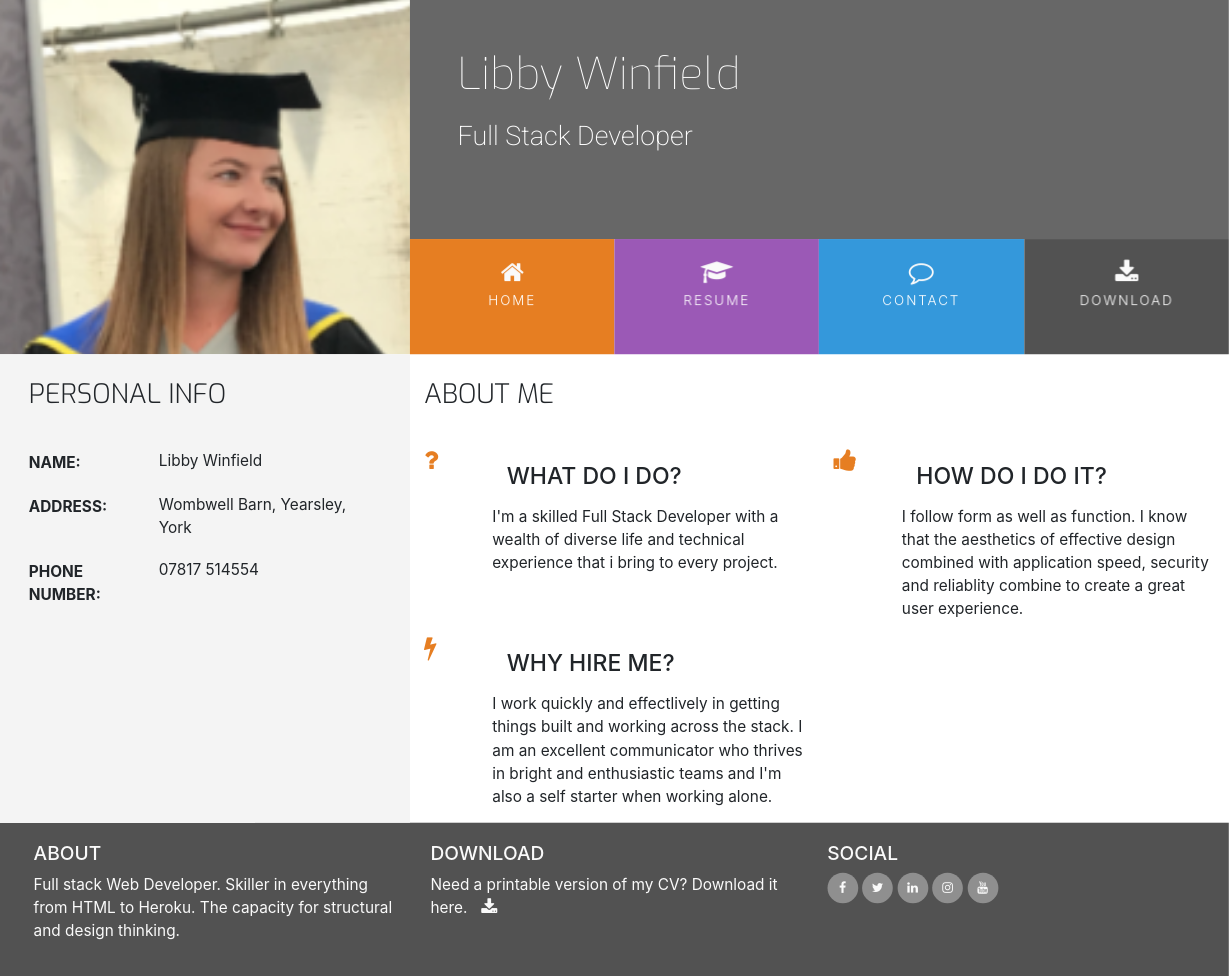
Repository: LibbyWin/CV
Page: index.html
The author's editor kept a record of every edit. The page is drawn from the files as they stood at one moment, then again after the next edit.
The browser window is 1280 px wide. The pictures show the whole page, at 96% of full size.

Above is the page before.

### index.html
<!DOCTYPE html>
<html lang="en">

<head>
    <meta charset="UTF-8">
    <meta name="viewport" content="width=device-width, initial-scale=1.0">
    <meta http-equiv="X-UA-Compatible" content="ie=edge">
    <link rel="stylesheet" href="https://stackpath.bootstrapcdn.com/bootstrap/4.3.1/css/bootstrap.min.css" type="text/css" />
    <link rel="stylesheet" href="https://stackpath.bootstrapcdn.com/font-awesome/4.7.0/css/font-awesome.min.css" type="text/css" />
    <link rel="stylesheet" href="https://cdnjs.cloudflare.com/ajax/libs/hover.css/2.3.1/css/hover-min.css" type="text/css" />
    <link rel="stylesheet" href="assets/css/style.css" type="text/css" />
    <title>Libby Winfield</title>
    <style>
        @import url('https://fonts.googleapis.com/css?family=Exo&display=swap');
    </style>
</head>

<body>
    <header>
        <div class="row no-gutters">
            <a href="index.html" class="col-md-4 logo">

            </a>
            <div class="col-md-8">
                <div class="row no-gutters bg-color-name-title">
                    <div class="col heading">
                        <h1 class="name">Libby Winfield</h1>
                        <h2 class="title">Full Stack Developer</h2>

                    </div>
                </div>
                <div class="row no-gutters">
                    <div class="col">
                        <ul id="nav" class="list-inline menucontainer">
                            <li class="col-6 col-sm-3 ui-menu-color-home list-inline-item menuitem">
                                <a href="#" class="hvr-sweep-to-bottom"><i class="fa fa-home" aria-hidden_"true"></i><span>Home</span></a>
                            </li>
                            <li class="col-6 col-sm-3 ui-menu-color-resume list-inline-item menuitem">
                                <a href="#" class="hvr-sweep-to-bottom"><i class="fa fa-graduation-cap" aria-hidden="true"></i><span>Resume</span></a>
                            </li>
                            <li class="col-6 col-sm-3 ui-menu-color-contact list-inline-item menuitem">
                                <a href="#" class="hvr-sweep-to-bottom"><i class="fa fa-comment-o" aria-hidden="true"></i><span>Contact</span></a>
                            </li>
                            <li class="col-6 col-sm-3 ui-menu-color-download list-inline-item menuitem">
                                <a href="#" class="hvr-sweep-to-bottom"><i class="fa fa-download" aria-hidden="true"></i><span>Download</span></a>
                            </li>
                        </ul>
                    </div>
                </div>
            </div>
        </div>
    </header>
    <section class="container-fluid">
        <div class="row">
            <div class="col-md-4 bg-color-personal-info section-column">
                <div class="row">
                    <div class="col-12">
                        <h3 class="section-heading uppercase">
                            Personal Info
                        </h3>
                    </div>
                </div>
                <div class="personal-info-item">
                    <div class="key">
                        <p class="uppercase">
                            Name:
                        </p>
                    </div>
                    <div class="value">
                        <p>
                            Libby Winfield
                        </p>
                    </div>
                </div>

                <div class="personal-info-item">
                    <div class="key">
                        <p class="uppercase">
                            Address:
                        </p>
                    </div>
                    <div class="value">
                        <p>
                            Wombwell Barn, Yearsley, York
                        </p>
                    </div>
                </div>
                <div class="personal-info-item">
                    <div class="key">
                        <p class="uppercase">
                            Phone Number:
                        </p>
                    </div>
                    <div class="value">
                        <p>
                            07817 514554
                        </p>
                    </div>
                </div>
            </div>
            <div class="col-md-8 bg-color-three-reasins">
                <div class="row">
                    <div class="col">
                        <h3 class="section-heading uppercase">About Me</h3>
                    </div>
                </div>
                <div class="row">
                    <div class="col-10 offset-1 offset-sm-0 col-sm-4 col-md-6">
                        <div class="row">
                            <div class="col-2">
                                <i class="three-reasons-icon fa fa-question" aria-hidden="true"></i>
                            </div>
                            <div class="col-10">
                                <h4 class="three-reasons-heading uppercase">What Do I Do?</h4>
                                <p>I'm a skilled Full Stack Developer with a wealth of diverse life and technical experience that i bring to every project.</p>
                            </div>
                        </div>
                    </div>
                    <div class="col-10 offset-1 offset-sm-0 col-sm-4 col-md-6">
                        <div class="row">
                            <div class="col-2">
                                <i class="three-reasons-icon fa fa-thumbs-up" aria-hidden="true"></i>
                            </div>
                            <div class="col-10">
                                <h4 class="three-reasons-heading uppercase">How Do I DO It?</h4>
                                <p>I follow form as well as function. I know that the aesthetics of effective design combined with application speed, security and reliablity combine to create a great user experience.</p>
                            </div>
                        </div>
                    </div>
                    <div class="col-10 offset-1 offset-sm-0 col-sm-4 col-md-6">
                        <div class="row">
                            <div class="col-2">
                                <i class="three-reasons-icon fa fa-bolt" aria-hidden="true"></i>
                            </div>
                            <div class="col-10">
                                <h4 class="three-reasons-heading uppercase">Why Hire Me?</h4>
                                <p>I work quickly and effectlively in getting things built and working across the stack. I am an excellent communicator who thrives in bright and enthusiastic teams and I'm also a self starter when working alone.</p>
                            </div>
                        </div>
                    </div>
                </div>
            </div>
        </div>

    </section>
    <footer class="container-fluid">
        <div id="footer-details" class="row">
            <div class="col-sm-4">
                <h5 class="uppercase genreal-sub">About</h5>
                <p class="inline-block">Full stack Web Developer. Skiller in everything from HTML to Heroku. The capacity for structural and design thinking. </p>
            </div>
            <div class="col-sm-4">
                <h5 class="uppercase genreal-sub">Download</h5>
                </h5>
                <p class="inline-block">
                    Need a printable version of my CV? Download it here.
                    <a href="#" target="_blank" class="cv-pdf">
                        <i class="fa fa-download" aria-hidden="true"></i>
                        <span class="sr-only">Download Link.</span>
                    </a>
                </p>
            </div>
            <div class="col-sm-4">
                <h5 class="uppercase genreal-sub">Social</h5>
                <ul class="list-inline social-links">
                    <li class="list-inline-item">
                        <a target="_blank" href="#">
                            <i class="fa fa-facebook" aria-hidden="true"></i>
                            <span class="sr-only">Facebook</span>
                        </a>
                    </li>

                    <li class="list-inline-item">
                        <a target="_blank" href="#">
                            <i class="fa fa-twitter" aria-hidden="true"></i>
                            <span class="sr-only">Twitter</span>
                        </a>
                    </li>

                    <li class="list-inline-item">
                        <a target="_blank" href="#">
                            <i class="fa fa-linkedin" aria-hidden="true"></i>
                            <span class="sr-only">Linkedin</span>
                        </a>
                    </li>

                    <li class="list-inline-item">
                        <a target="_blank" href="#">
                            <i class="fa fa-instagram" aria-hidden="true"></i>
                            <span class="sr-only">Instagram</span>
                        </a>
                    </li>

                    <li class="list-inline-item">
                        <a target="_blank" href="#">
                            <i class="fa fa-youtube" aria-hidden="true"></i>
                            <span class="sr-only">Youtube</span>
                        </a>
                    </li>
                </ul>
            </div>
        </div>

    </footer>

</body>

</html>

### assets/css/style.css
@import url('https://fonts.googleapis.com/css?family=Roboto:100,200,300,400,500,600,700|Exo:100,200,300,400,500,600,700');

/*--------------------------------------------Colors*/

.bg-color-name-title {
    background-color: #676767;
}

.bg-color-three-reasons {
    background-color: #fff;
}

.bg-color-personal-info {
    background-color: #f4f4f4;
}

.bg-color-work-history {
    background-color: #9b59b6;
}

.ui-menu-color-home {
    background-color: #e67e22;
}

.ui-menu-color-resume {
    background-color: #9b59b6;
}

.ui-menu-color-contact {
    background-color: #3498db;
}

.ui-menu-color-download {
    background-color: #525252;
}

.row-table {
    display: table;
}

.section-column {
    display: table-cell;
    padding: 0 30px 30px;
    float: none;
}

.history-heading,
.section-heading {
    font-family: "Exo", sans-serif;
    font-weight: 300;
    margin-top: 25px;
    margin-bottom: 40px;
}

/* ----------------------------------------Special paddings/margins/text */

h1,
h2,
h3,
h4 {
    margin: 0;
}

.uppercase {
    text-transform: uppercase;
}

.general-sub {
    font-family: "Exo", sans-serif;
    font-weight: 300;
    color: #fafafa;
}

.inline-block {
    display: inline-block;
}

.row-table {
    display: table;
}

.section-column {
    display: table-cell;
    padding: 0 30px 30px;
    float: none;
}

.section-heading {
    font-family: "Exo", sans-serif;
    font-weight: 300;
    margin-top: 25px;
    margin-bottom: 40px;
}

/*-------------------------------------------- Heading*/

header {
    margin: 0;
}

.heading {
    margin-left: 50px;
}

.logo {
    background: url("../images/IMG_1027.JPG");
    background-position: center;
    background-repeat: no-repeat;
    background-size: cover;
    min-height: 360px;
    transition: all .5s ease-in-out;
    -moz-transition: all .5s ease-in-out;
    -webkit-transition: all .5s ease-in-out;
}

.name {
    font-family: "Exo", sans-serif;
    font-weight: 100;
    font-size: 46px;
    margin-top: 50px;
    color: #fff;
}

.title {
    font-family: "Roboto", sans-serif;
    font-weight: 200;
    font-size: 28px;
    margin-top: 20px;
    margin-bottom: 90px;
    color: #fff;
}

.list-inline-item:not(:last-child) {
    margin: 0;
}

.menucontainer {
    font-size: 0;
}

#nav li {
    font-size: 14px;
    padding: 0;
}

#nav {
    margin: 0;
}

.menuitem {
    height: 120px;
    text-align: center;
    padding: 0;
}

.menuitem a {
    width: 100%;
    text-decoration: none;
    color: #fff;
    height: 120px;
}

.menuitem a i {
    padding-top: 22px;
    display: block;
    color: #fafafa;
    font-size: 26px;
}

.menuitem span {
    display: block;
    width: 100%;
    padding-top: 5px;
    text-align: center;
    text-transform: uppercase;
    font-size: 14px;
    font-weight: 300;
    letter-spacing: 2px;
}

/*--------------------------------------------Hover.css*/

.hvr-sweep-to-bottom:before {
    background: rgba(0, 0, 0, 0.2);
    height: 120px;
}

/* ----------------------------------------Footer */

footer {
    background-color: #525252;
    color: #fafafa;
    min-height: 120px;
    margin: 0;
}

.cv-pdf i {
    font-size: 18px;
    color: #fafafa;
    text-align: center;
    padding-left: 10px;
    transition: all 0.35s ease-in-out;
    -moz-transition: all 0.35s ease-in-out;
    -webkit-transition: all 0.35s ease-in-out;
    -o-transition: all 0.35s ease-in-out;
}

.cv-pdf i:hover {
    color: #e84610;
}

.social-links {
    padding-bottom: 15px;
}

.social-links li a i {
    width: 32px;
    height: 32px;
    padding: 12px 0;
    border-radius: 50%;
    font-size: 13px;
    line-height: 7px;
    text-align: center;
    color: #fafafa;
    background: #8f8f8f;
    transition: all 0.35s ease-in-out;
    -moz-transition: all 0.35s ease-in-out;
    -webkit-transition: all 0.35s ease-in-out;
    -o-transition: all 0.35s ease-in-out;
}

.social-links li a i:hover {
    background: #e84610;
}

#footer-details {
    padding: 20px;
}

/*-------------------------------------------- Three REasons*/

.three-reasons-icon {
    font-size: 26px;
    color: #e67e22;
}

.three-reasons-heading {
    margin: 15px;
}

/*-------------------------------------------- Personal Info */

.personal-info-item {
    margin-bottom: 20px;
    display: block;
    clear: both;
}

.personal-info-item .key,
.personal-info-item .value {
    padding-right: 8px;
    display: inline-block;
}

.personal-info-item .key p,
.personal-info-item .value p {
    margin: 0;
}

 .personal-info-item .key {
     width:30%;
     margin-right: 21px;
     padding-top: 2px;
     vertical-align: top;
 }

 .personal-info-item .key p {
     font-weight: 700;
 }

 .personal-info-item .value {
     position: relative;
     width: 60%;
 }

 /*-------------------------------------------- Skills */

 .progress {
     position: relative;
     height: 25px;
     margin-bottom: 4px;
 }

 .progress-type {
     position: absolute;
     left: 0px;
     font-weight: 400;
     padding: 3px 30px 2px 10px;
     color: #fafafa;
     background-color: rgba(25, 25, 25, 0.2)
 }

 .progress-section {
     margin: 40px 20px;
 }

 /* ---------------------------------------- Work History */

 .history-heading {
     color: #fafafa;
     margin-bottom: 50px;
 }

 .timeline-item {
     padding: 4em 2em 0em 2em;
     position: relative;
     color: #fafafa;
     border-left: 1px solid;
 }

  .timeline-item p {
      padding: 0;
      margin: 0;
  }

   .timeline-item:before {
       content: attr(data-dates);
       position: absolute;
       left: 2.5em;
       top: 3em;
       display: block;
       font-family: "Exo", sans-serif;
       font-weight: 500;
       font-size: 0.8em;
       padding: 0;
       margin: 0;
   }

After the next edit:
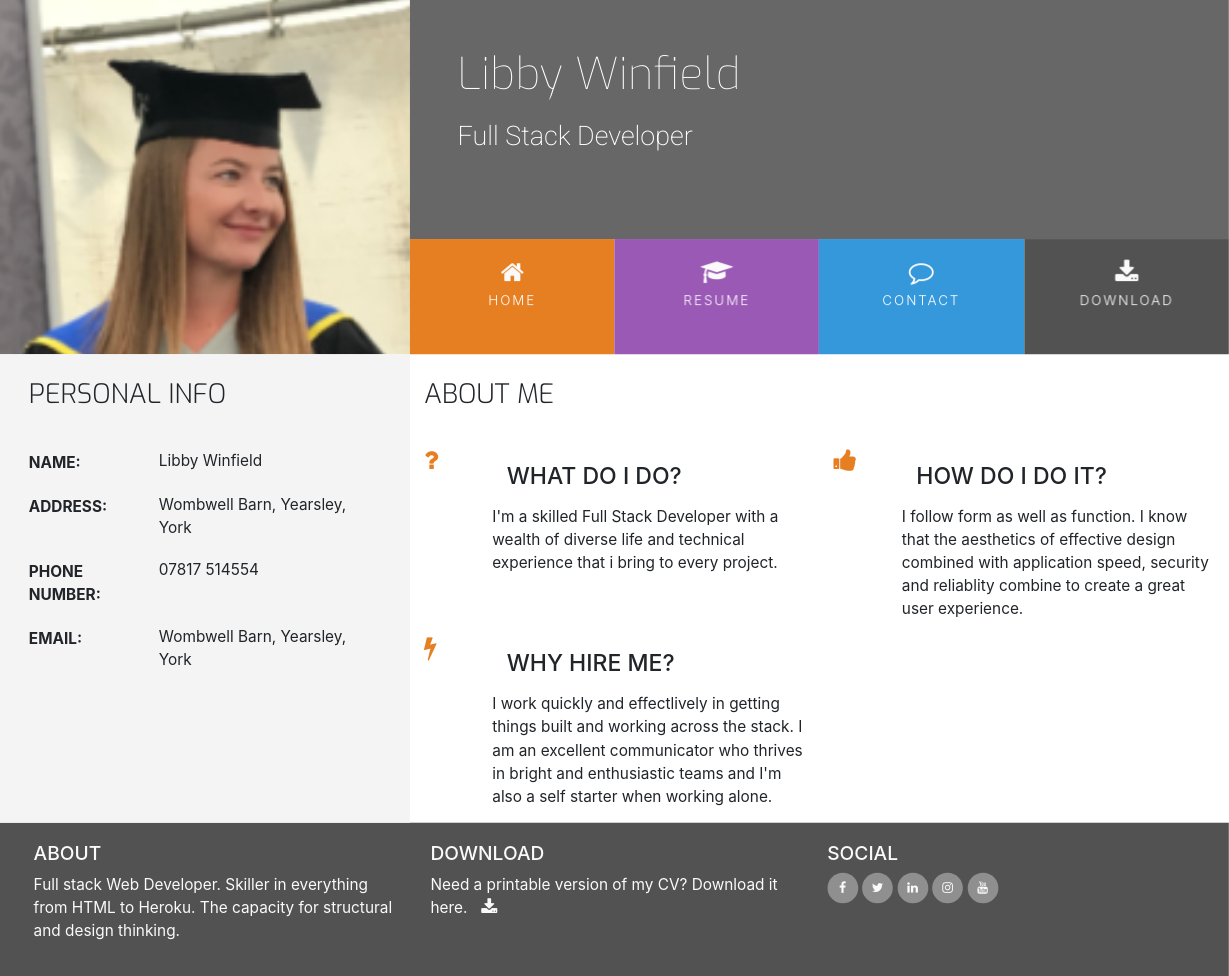
The edit:
--- a/index.html
+++ b/index.html
@@ -97,6 +97,18 @@
                         </p>
                     </div>
                 </div>
+                <div class="personal-info-item">
+                    <div class="key">
+                        <p class="uppercase">
+                            Email:
+                        </p>
+                    </div>
+                    <div class="value">
+                        <p>
+                            Wombwell Barn, Yearsley, York
+                        </p>
+                    </div>
+                </div>
             </div>
             <div class="col-md-8 bg-color-three-reasins">
                 <div class="row">
